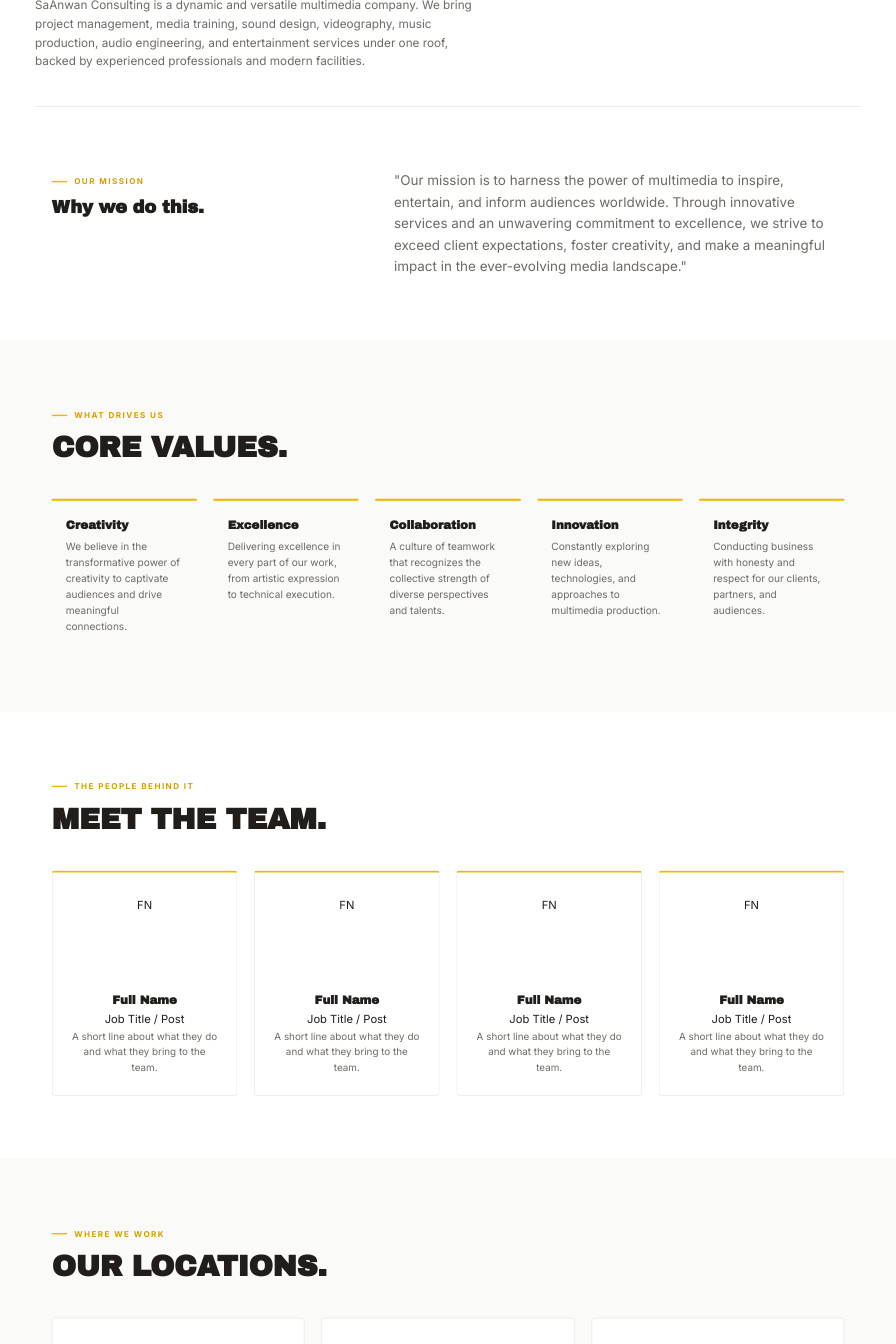
Repository: joshuaonazi/saanwan
Page: about.html
The author's editor kept a copy of each file at every save. The page is drawn from the files as they stood at one save, then again after the next save.
The browser window is 1280 px wide. The pictures show the part of the page from y = 308 to 2228 px (the page is 3139 px tall before and 3132 px after), at 70% of full size.

Above is the page before, as saved 2026-07-10 17:04:44.

After the next save:
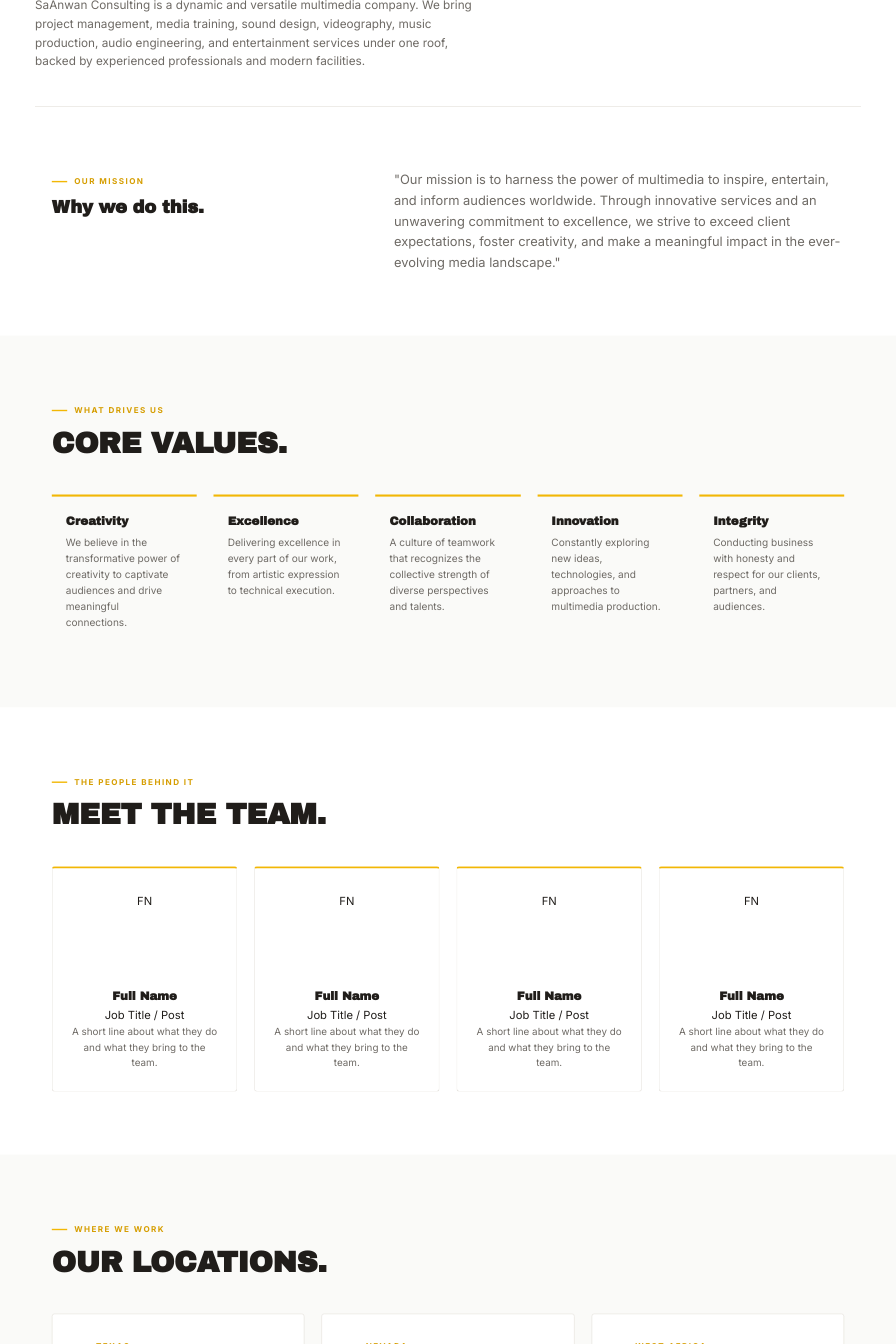
Saved 91 s later.
--- a/about.html
+++ b/about.html
@@ -45,7 +45,7 @@
         <span class="eyebrow">Our Mission</span>
         <h2 style="text-transform:none; font-size: 1.6rem;">Why we do this.</h2>
       </div>
-      <P style="text-transform:none; font-size: 1.2rem;">
+      <P style="text-transform:none; font-size: 1.15rem;">
         "Our mission is to harness the power of multimedia to inspire, entertain, and inform audiences worldwide. Through innovative services and an unwavering commitment to excellence, we strive to exceed client expectations, foster creativity, and make a meaningful impact in the ever-evolving media landscape."
       </P>
     </div>
